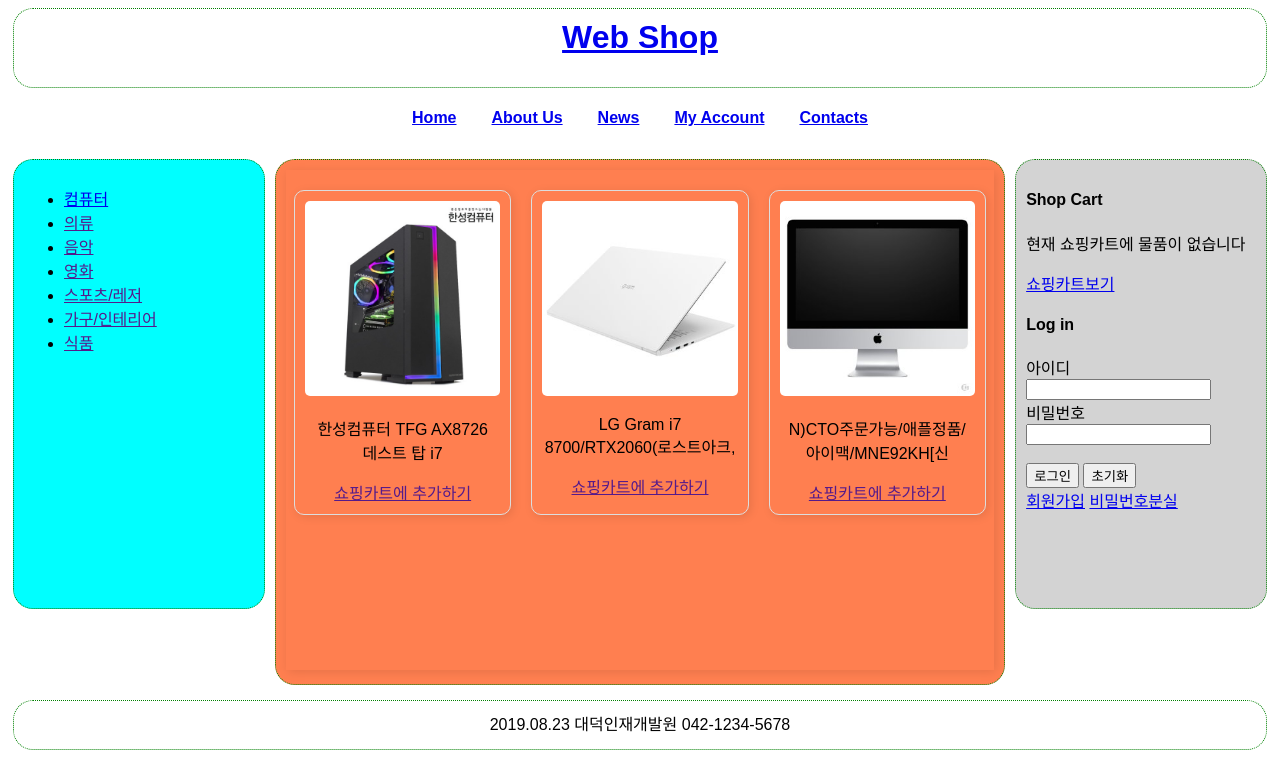
Repository: seonyeob94/BasicWeb
Page: webpro/src/main/webapp/숙제/main.html
These files come from the project's save history. The page is drawn as it stood at one moment and after the next save; the edit follows.
The browser window is 1280 px wide. The pictures show the whole page.

Above is the page before, as saved 2025-03-18 10:17:24.

### webpro/src/main/webapp/숙제/main.html
<!DOCTYPE html>
<html>
<head>
<meta charset="UTF-8">
<title>Web Shop</title>
<style>
    body {
        min-width: 1000px;
        font-family: Arial, sans-serif;
    }

    header, aside, section, footer {
        border: 1px dotted green;
        margin: 5px;
        padding: 10px;
        box-sizing: border-box;
        border-radius: 20px;
    }
    aside{
    	height: 450px;
    }

    header, footer, nav {
        height: 50px;
    }

    header {
        height: 80px;
        text-align: center;
    }

    h1 {
        margin: 0;
    }

    nav ul {
        list-style-type: none;
        padding: 0;
        display: flex;
        justify-content: center;
        gap: 15px;
    }

    nav ul li {
        padding: 5px 10px;
    }

    nav ul a {
/*         text-decoration: none; */
        font-weight: bold;
    }

    .container {
        display: flex;
        justify-content: space-between;
        align-items: flex-start;
    }

    aside#left {
        width: 20%;
        background: cyan;
        padding: 10px;
    }

    section#main {
        width: 58%;
        display: flex;
        justify-content: center;
        background: coral;
        padding: 10px;
    }

    article {
        width: 100%;
        height: auto;
    }

    iframe {
        width: 100%;
        height: 500px;
        border: none;
        box-shadow: 2px 2px 10px rgba(0, 0, 0, 0.1);
    }

    aside#right {
        width: 20%;
        background: lightgray;
        padding: 10px;
    }

    footer {
        clear: both;
        text-align: center;
        padding: 10px;
        margin-top: 10px;
    }
</style>
</head>
<body>

<header>
    <h1>
        <a href="index.html">Web Shop</a>
    </h1>
</header>

<nav>
    <ul>
        <li><a href="#">Home</a></li>
        <li><a href="#">About Us</a></li>
        <li><a href="#">News</a></li>
        <li><a href="#">My Account</a></li>
        <li><a href="#">Contacts</a></li>
    </ul>
</nav>

<div class="container">
    <aside id="left">
        <ul>
            <li><a href="computer.html">컴퓨터</a></li>
            <li><a href="">의류</a></li>
            <li><a href="">음악</a></li>
            <li><a href="">영화</a></li>
            <li><a href="">스포츠/레저</a></li>
            <li><a href="">가구/인테리어</a></li>
            <li><a href="">식품</a></li>
        </ul>
    </aside>

    <section id="main">
        <article id="article1">
            <iframe src="computer.html" name="ifr"></iframe>
        </article>
    </section>

    <aside id="right">
        <div id="shopcart">
            <h4>Shop Cart</h4>
            <p>현재 쇼핑카트에 물품이 없습니다</p>
            <a href="쇼핑카트.html" target="_blank">쇼핑카트보기</a>
        </div>

        <div id="login">
            <h4>Log in</h4>
            <form action="#">
                <label for="aaa">아이디</label><br>
                <input type="text" name="id" id="aaa"><br>
                <label for="bbb">비밀번호</label><br>
                <input type="password" name="pw" id="bbb"><br><br>
                <input type="submit" value="로그인">
                <input type="reset" value="초기화">
                <br>
                <a href="회원가입.html" target="_blank">회원가입</a>
                <a href="#">비밀번호분실</a>
            </form>
        </div>
    </aside>
</div>

<footer>
    2019.08.23 대덕인재개발원 042-1234-5678
</footer>

</body>
</html>

### webpro/src/main/webapp/숙제/computer.html
<!DOCTYPE html>
<html>
<head>
<meta charset="UTF-8">
<title>Insert title here</title>
    <style>
        body {
            text-align: center;
            font-family: Arial, sans-serif;
        }
        .container {
            display: flex;
            justify-content: center;
            gap: 20px;
            margin-top: 20px;
        }
        .product {
            width: 250px;
            border: 1px solid #ddd;
            padding: 10px;
            border-radius: 10px;
            text-align: center;
            box-shadow: 2px 2px 10px rgba(0, 0, 0, 0.1);
        }
        .product img {
            width: 100%;
            border-radius: 5px;
        }
        .product button {
            margin-top: 10px;
            padding: 5px 10px;
            border: none;
            background-color: #007BFF;
            color: white;
            cursor: pointer;
            border-radius: 5px;
        }
    </style>
</head>
<body>


<div class="container">
  <div class="product">
    <img alt="컴퓨터1.jpg" src="../images/컴퓨터1.jpg">
    <p>한성컴퓨터 TFG AX8726<br>
       데스트 탑 i7</p>
    <a href="" >쇼핑카트에 추가하기</a>
  </div>
  <div class="product">
    <img alt="컴퓨터2.jpg" src="../images/컴퓨터2.jpg">
    <p>LG Gram i7<br>
       8700/RTX2060(로스트아크,</p>
    <a href="" >쇼핑카트에 추가하기</a>
  </div>
  <div class="product">
    <img alt="컴퓨터3.jpg" src="../images/컴퓨터3.jpg">
    <p>N)CTO주문가능/애플정품/<br>
       아이맥/MNE92KH[신</p>
    <a href="" >쇼핑카트에 추가하기</a>
  </div>
</div>


</body>
</html>

After the next save:
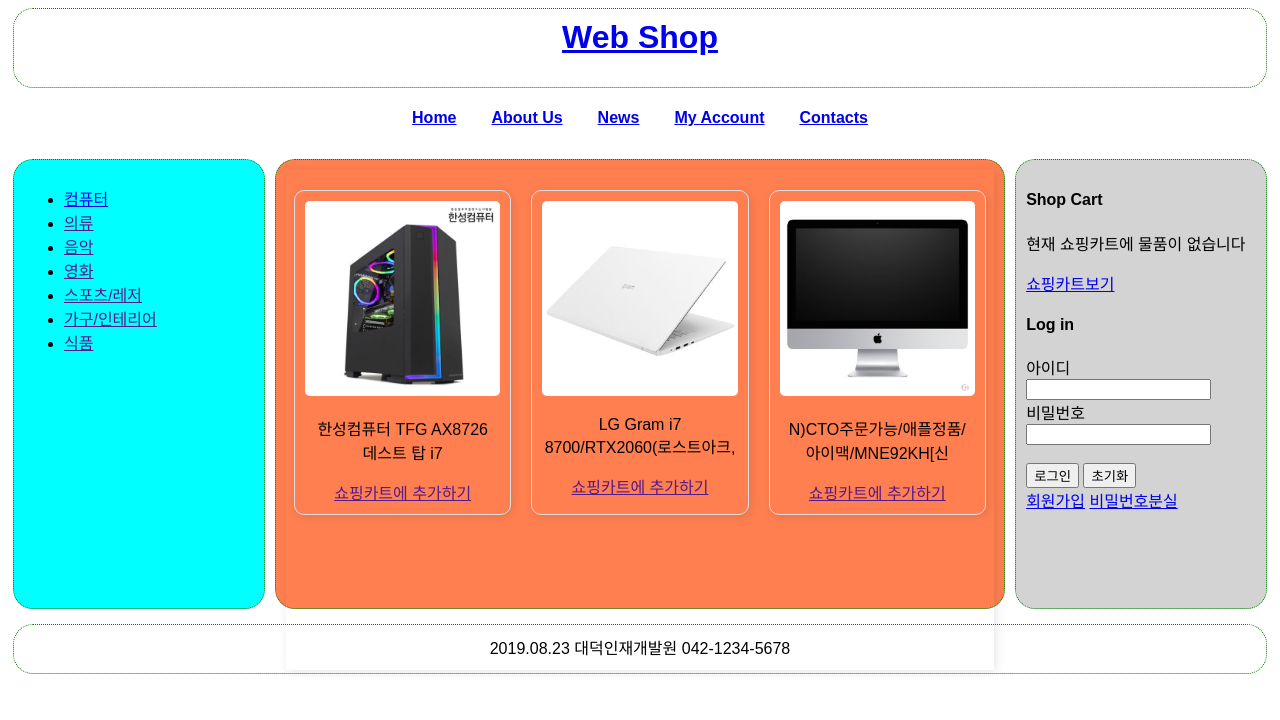
Saved 30 s later.
--- a/webpro/src/main/webapp/숙제/main.html
+++ b/webpro/src/main/webapp/숙제/main.html
@@ -16,7 +16,7 @@
         box-sizing: border-box;
         border-radius: 20px;
     }
-    aside{
+    aside, section{
     	height: 450px;
     }
 

After the save that followed:
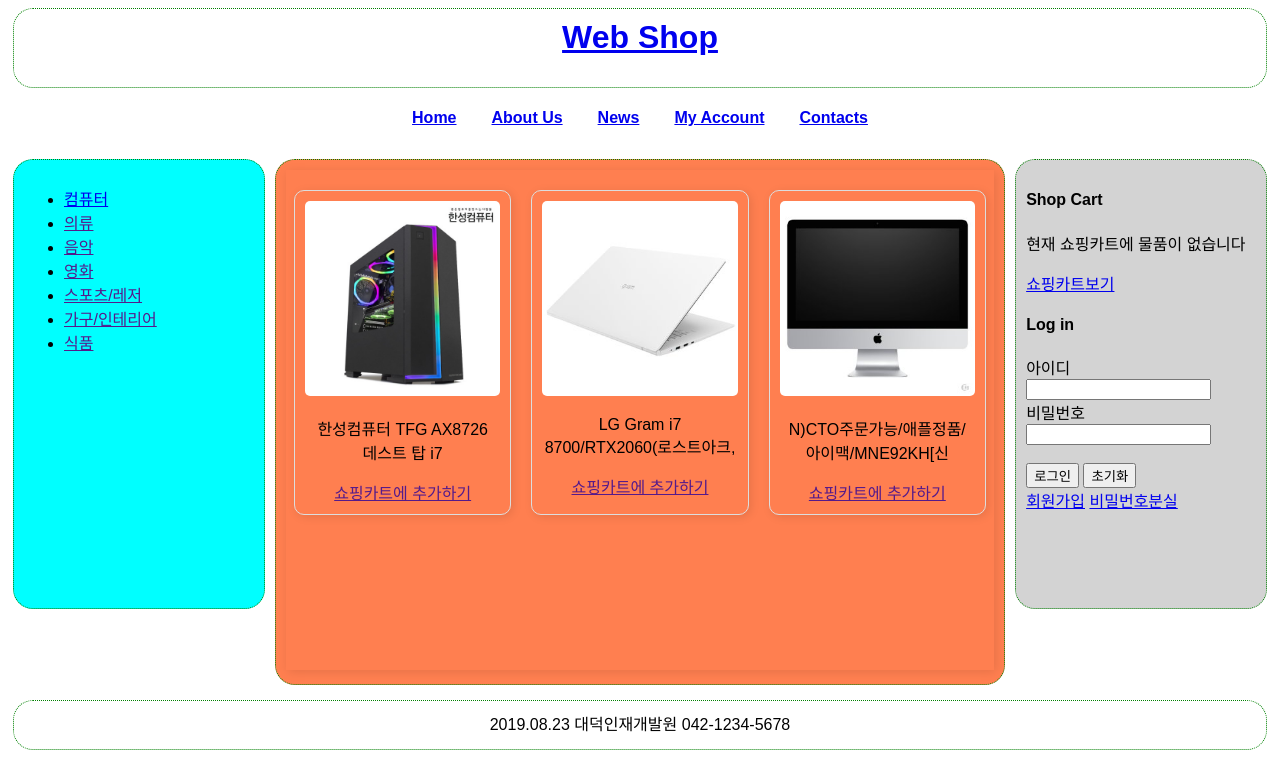
Saved 12 s later.
--- a/webpro/src/main/webapp/숙제/main.html
+++ b/webpro/src/main/webapp/숙제/main.html
@@ -16,7 +16,7 @@
         box-sizing: border-box;
         border-radius: 20px;
     }
-    aside, section{
+    aside{
     	height: 450px;
     }
 
